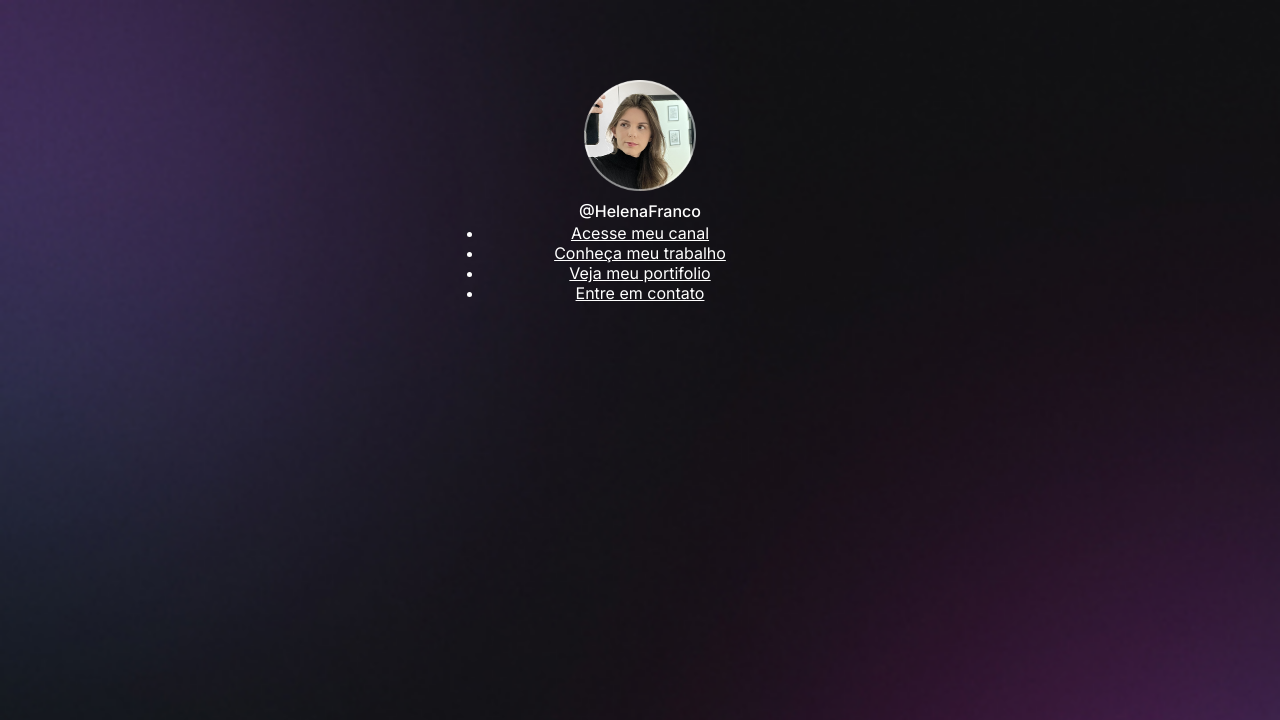
Repository: Fr4nc021/Pagina-de-links-
Page: index.html
An editor plug-in stored every save of this project. The page is shown before and after the next save, followed by the edit.
The browser window is 1280 px wide. The pictures show the whole page.

Above is the page before, as saved 2025-02-07 17:35:38.

After the next save:
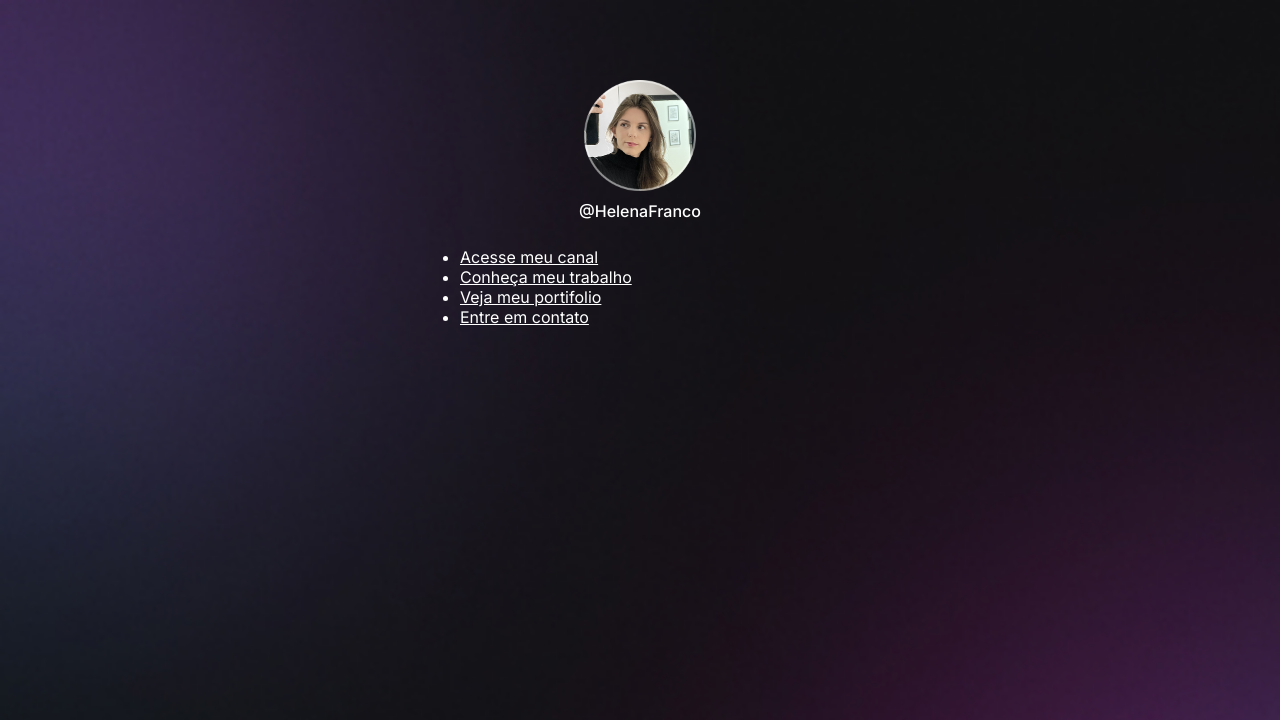
Saved 16 s later.
--- a/index.html
+++ b/index.html
@@ -16,22 +16,22 @@
         src="./assets/avatar.png"
         alt="Foto da Helena Franco sorrindo">
         <p>@HelenaFranco</p>
-        <div>
-            <ul>
-                <li>
-                    <a href="#">Acesse meu canal</a>
-                </li>
-                <li>
-                    <a href="#">Conheça meu trabalho</a>
-                </li>
-                <li>
-                    <a href="#">Veja meu portifolio</a>
-                </li>
-                <li>
-                    <a href="#">Entre em contato</a>
-                </li>
-            </ul>
-        </div>
+    </div>
+    <div>
+        <ul>
+            <li>
+                <a href="#">Acesse meu canal</a>
+            </li>
+            <li>
+                <a href="#">Conheça meu trabalho</a>
+            </li>
+            <li>
+                <a href="#">Veja meu portifolio</a>
+            </li>
+            <li>
+                <a href="#">Entre em contato</a>
+            </li>
+        </ul>
     </div>
     </div>
 </body>
